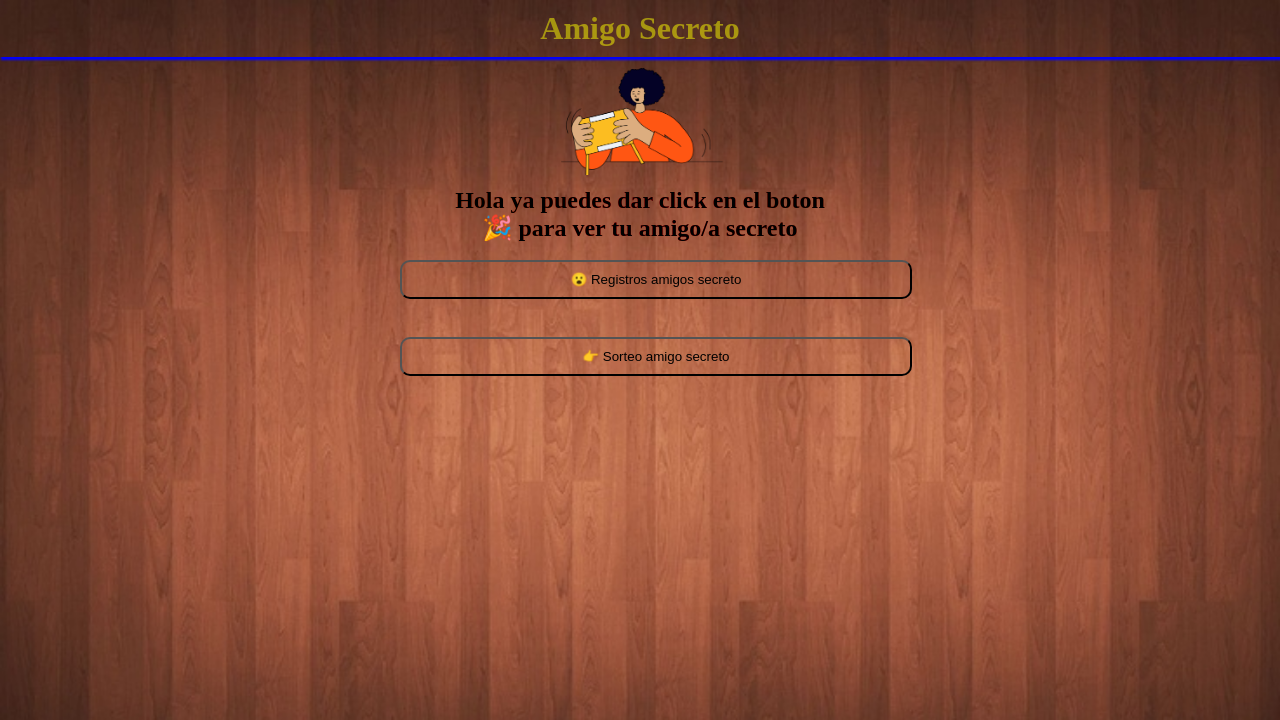
Repository: ye909/secreto
Page: index.html
An editor plug-in stored every save of this project. The page is shown before and after the next save, followed by the edit.
The browser window is 1280 px wide. The pictures show the whole page.
Empty fields were first filled with sample values (such as "Sample", 5 or name@example.com).
After loading, the first visible `#formularioAmigo` was submitted once.

Above is the page before, as saved 2025-01-25 10:47:30.

After the next save:
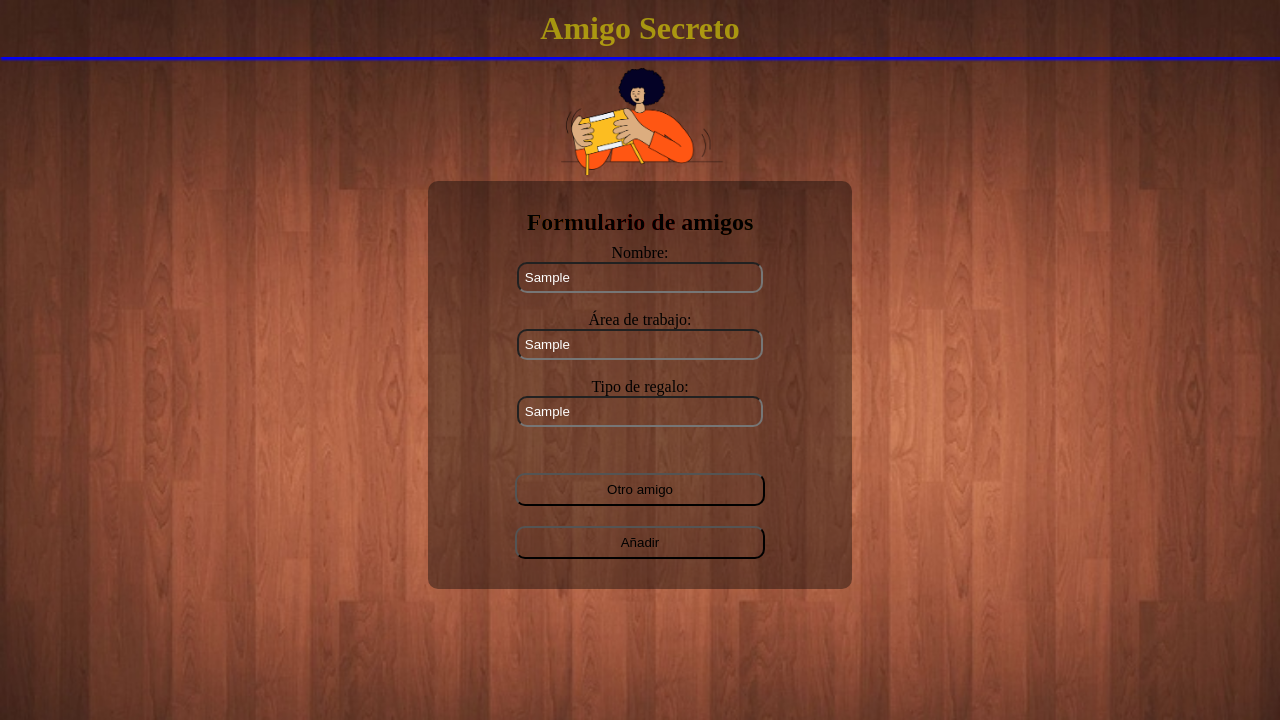
Console error: TypeError: otro.reset is not a function
Saved 115 s later.
--- a/js/script.js
+++ b/js/script.js
@@ -8,9 +8,25 @@
  const datos_amigo =document.getElementById("datos_amigo")
 const info_datos = document.getElementById("info_datos")
 const info_datos1=  document.getElementById("info_datos1")
+const otro =document.getElementById("otro")
 formularioAmigo.addEventListener("submit", (event) => {
   event.preventDefault(); // Evita que el formulario se envíe (si se trata de un formulario)
 
+  if (otro) {
+    const nombre = document.getElementById("nombre").value;
+  const areaTrabajo = document.getElementById("areaTrabajo").value;
+  const tipoRegalo = document.getElementById("tipoRegalo").value;
+            // Crear un nuevo objeto amigo
+            const nuevoAmigo = {
+              nombre: nombre,
+              area: areaTrabajo,
+              regalo: tipoRegalo
+          };
+
+          // Añadir el nuevo amigo al array
+          amigos.push(nuevoAmigo);
+          otro.reset()
+  }
 
   const nombre = document.getElementById("nombre").value;
   const areaTrabajo = document.getElementById("areaTrabajo").value;

After the 2 saves that followed:
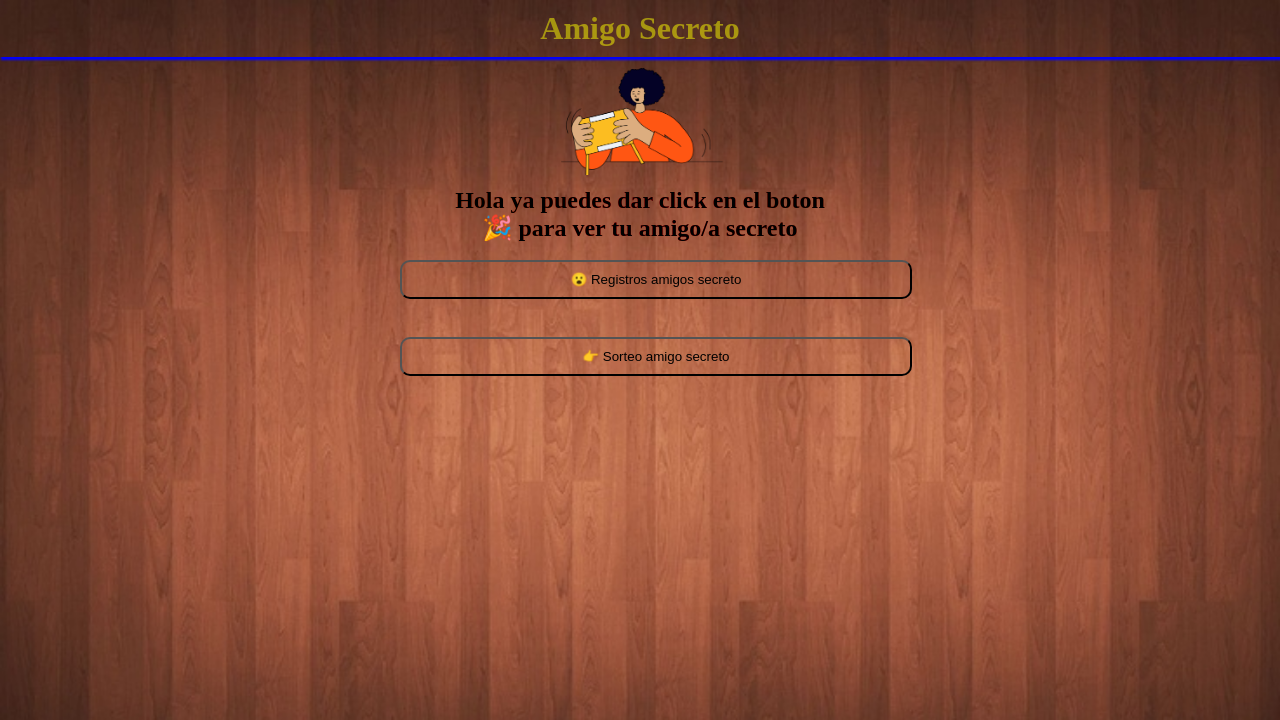
The error is gone.
The 2 saves are shown as one change because 1 left the picture as it was.
The last was saved 57 s later.
--- a/index.html
+++ b/index.html
@@ -28,7 +28,7 @@
                 <input type="text" id="tipoRegalo" class="input-regalo" placeholder="Escribe el tipo de regalo"><br><br>
                 <span id="mensaje"></span>
                 <br>
-                <button id="otro">Otro amigo</button>
+                <button id="otro" >Otro amigo</button>
                 <button class="button-add" id="button-add">Añadir</button>
             </form>
 
--- a/js/script.js
+++ b/js/script.js
@@ -25,7 +25,7 @@
 
           // Añadir el nuevo amigo al array
           amigos.push(nuevoAmigo);
-          otro.reset()
+          otro.getAttribute("type","reset")
   }
 
   const nombre = document.getElementById("nombre").value;
